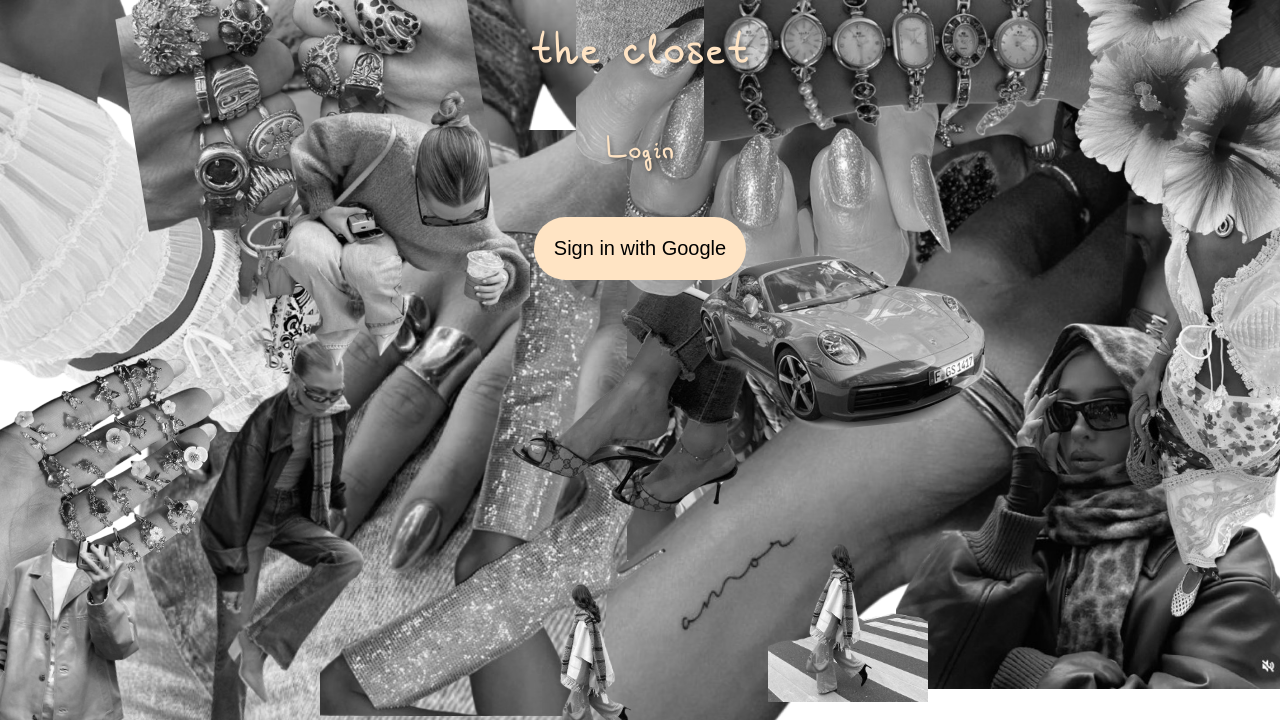
Repository: karla-sikavica/theCloset
Page: / (app in frontend/)
An editor plug-in stored every save of this project. The page is shown before and after the next save, followed by the edit.
The browser window is 1280 px wide. The pictures show the whole page.
The project was rebuilt for these pictures with package versions that can differ from the ones it lists, and the page was loaded fresh each time. Also part of the build but not shown: frontend/vite.config.ts.

Above is the page before, as saved 2025-03-27 10:54:47.

After the next save:
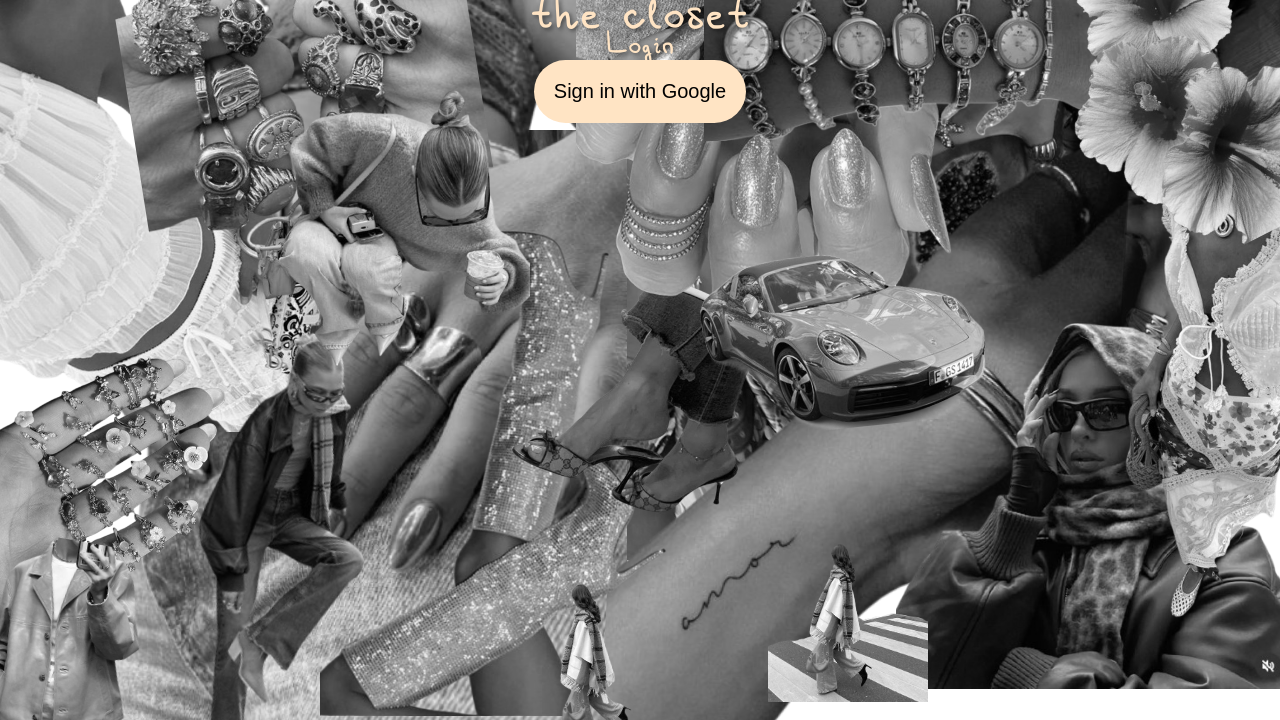
Saved 6 s later.
--- a/frontend/src/index.css
+++ b/frontend/src/index.css
@@ -7,7 +7,7 @@
 
 :root {
   font-family: 'Kalla', system-ui, Avenir, Helvetica, Arial, sans-serif;
-  line-height: 100px;
+  line-height: 30px;
   font-weight: 400;
 
   font-synthesis: none;
